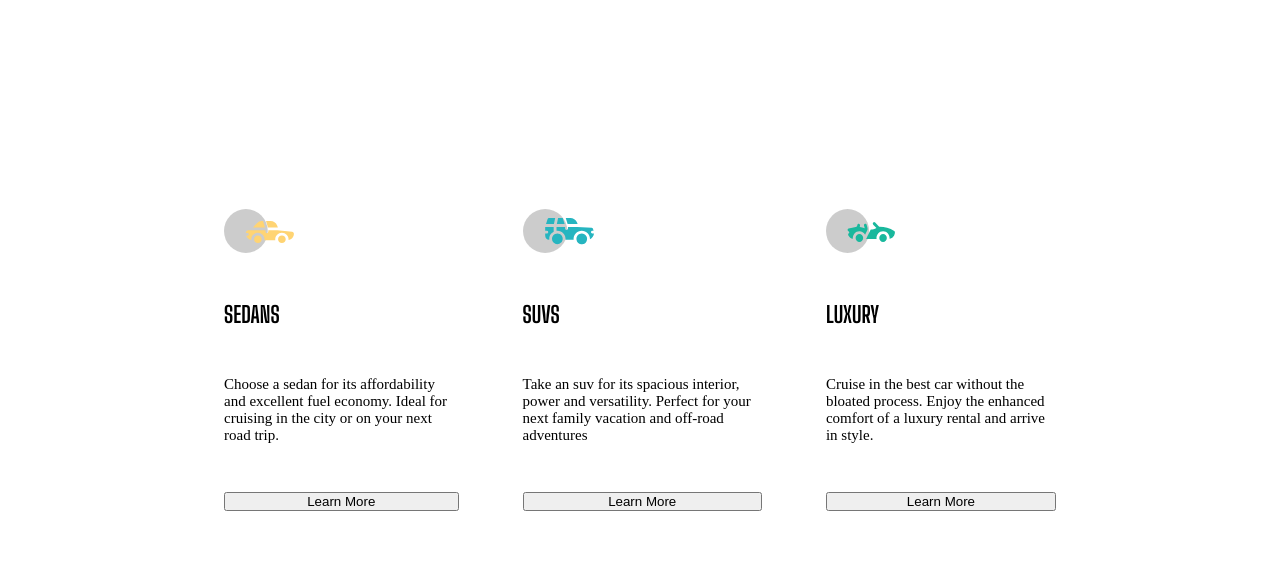
Repository: UnegbuAbigail/3-columns-cards
Page: index.html
These files come from the project's save history. The page is drawn as it stood at one moment and after the next save; the edit follows.
The browser window is 1280 px wide. The pictures show the whole page.

Above is the page before, as saved 2024-08-03 14:25:03.

After the next save:
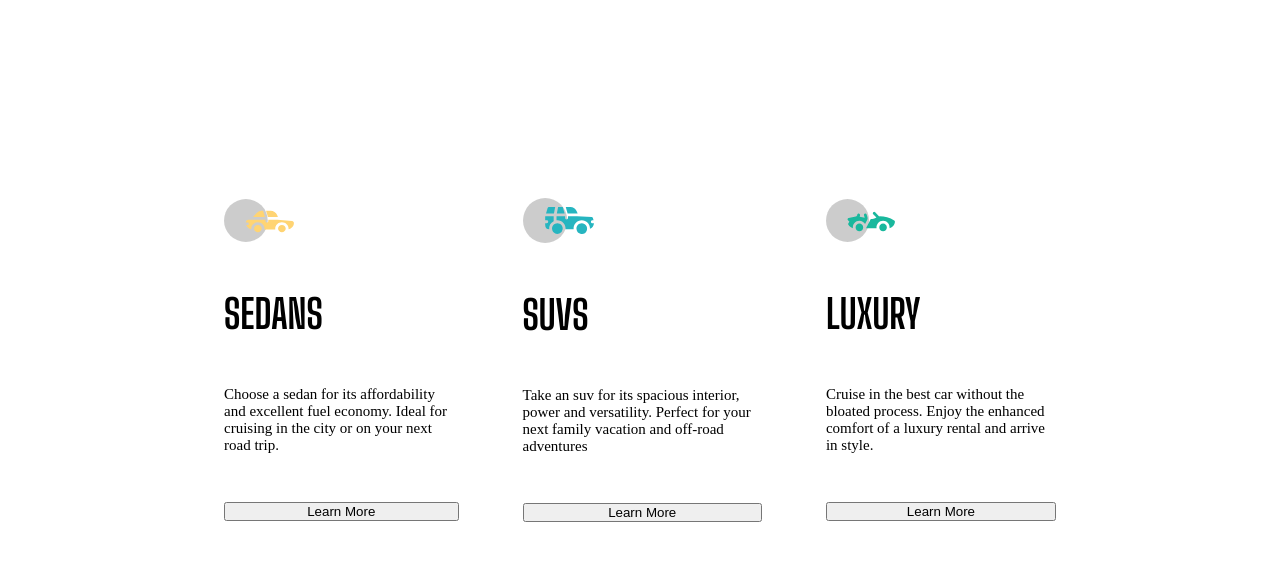
Saved 4 s later.
--- a/style.css
+++ b/style.css
@@ -61,5 +61,5 @@ img {
 h2 {
     font-family: var(--ff-big-shoulders-display);
     font-weight: 700;
-    font-size: 2;
+    font-size: 2.5rem;
 }
